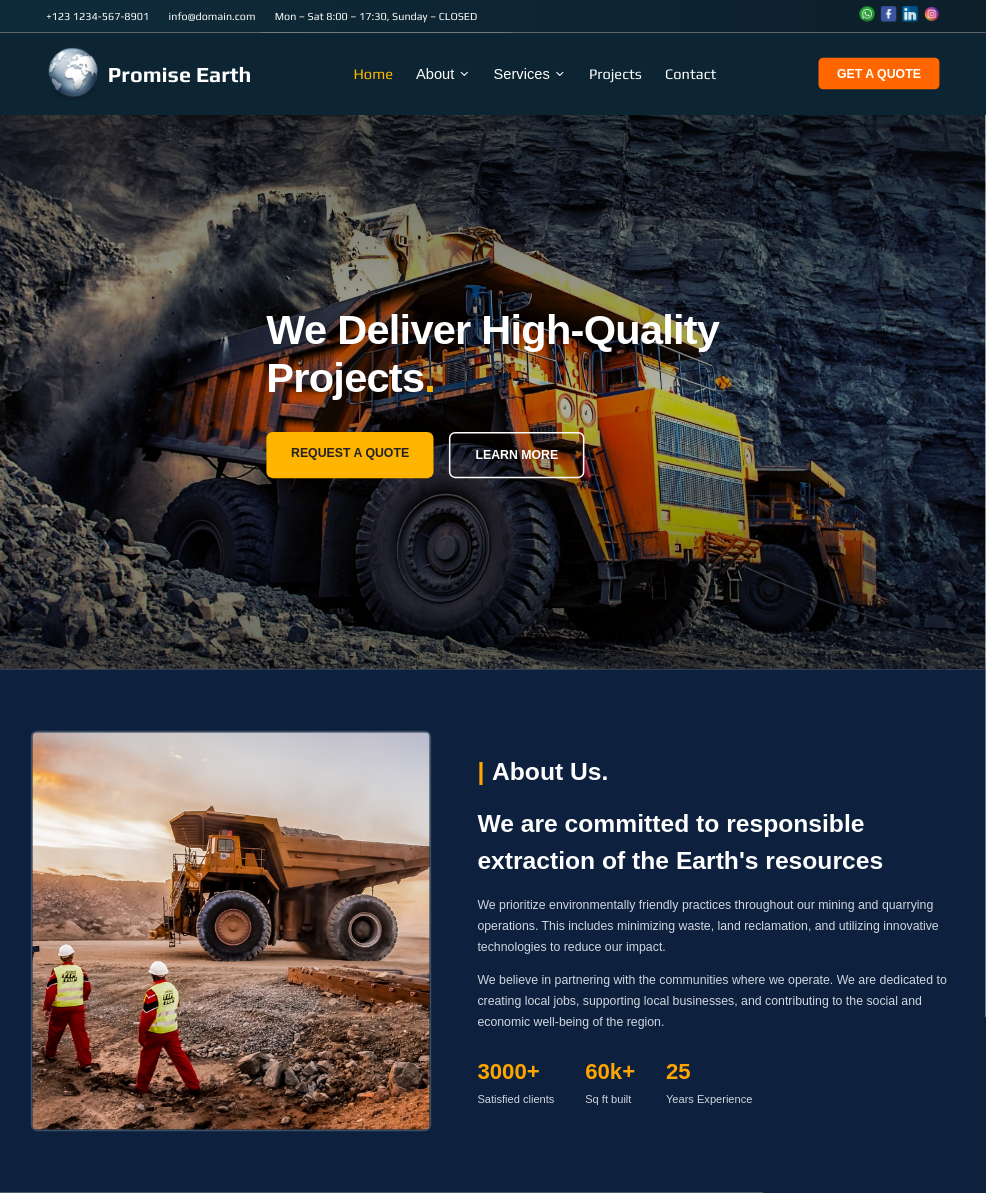
Repository: KC-Minchakpu/promise-earth
Page: /
These files come from the project's save history. The page is drawn as it stood at one moment and after the next save; the edit follows.
The browser window is 1280 px wide. The pictures show the whole page, at 77% of full size.
The project was rebuilt for these pictures with package versions that can differ from the ones it lists, and the page was loaded fresh each time. The framework's server and built-in components were replaced by stand-ins that run in the browser. Also part of the build but not shown: next.config.ts.

Above is the page before, as saved 2026-02-26 13:47:14.

### src/app/layout.tsx
import type { Metadata } from "next";
import { Play, Poppins } from "next/font/google";
import "./globals.css";
import Header from "@/components/Header/Header";

const play = Play({
  variable: "--font-play",
  subsets: ["latin"],
  weight: ["400", "700"],
});

const poppins = Poppins({
  variable: "--font-poppins",
  subsets: ["latin"],
  weight: ["300", "400", "500", "600", "700"],
});

export const metadata: Metadata = {
  title: "Create Next App",
  description: "Generated by create next app",
};

export default function RootLayout({
  children,
}: Readonly<{
  children: React.ReactNode;
}>) {
  return (
    <html lang="en">
      <body
        className={`${play.variable} ${poppins.variable} antialiased`}
      >
        <Header />
        {children}
      </body>
    </html>
  );
}

### src/app/page.tsx
import AboutUsSection from "@/components/About/AboutUsSection";
import Hero from "@/components/Hero/Hero";


export default function Home() {
  return (
   <>
    <Hero />
    <AboutUsSection />
  </>
  );
}

### src/app/globals.css
@import "tailwindcss";

:root {
  --background: #ffffff;
  --foreground: #171717;
}


@media (prefers-color-scheme: dark) {
  :root {
    --background: #0a0a0a;
    --foreground: #ededed;
  }
}

body {
  background: var(--background);
  color: var(--foreground);
  font-family: Arial, Helvetica, sans-serif;
}

### src/components/Header/Header.tsx
"use client";

import { useState, useEffect, useRef } from "react";
import { usePathname } from "next/navigation";
import Link from "next/link";
import Image from "next/image";
import styles from "./Header.module.css";
import { ChevronDown, Menu, X } from "lucide-react";

const Header = () => {
  const pathname = usePathname();

  const [mobileOpen, setMobileOpen] = useState(false);
  const [scrolled, setScrolled] = useState(false);
  const [aboutOpen, setAboutOpen] = useState(false);
  const [servicesOpen, setServicesOpen] = useState(false);

  // FIX: correct timeout type
  const aboutTimeoutRef = useRef<ReturnType<typeof setTimeout> | null>(null);
  const servicesTimeoutRef = useRef<ReturnType<typeof setTimeout> | null>(null);

  /* Sticky Scroll */
  useEffect(() => {
    const handleScroll = () => {
      setScrolled(window.scrollY > 20);
    };

    window.addEventListener("scroll", handleScroll);
    return () => window.removeEventListener("scroll", handleScroll);
  }, []);

  const isActive = (path: string) => pathname === path;

  const socials = [
    { href: "#", src: "/icons/whatsapp.png", alt: "WhatsApp", title: "WhatsApp" },
    { href: "#", src: "/icons/facebook.png", alt: "Facebook", title: "Facebook" },
    { href: "#", src: "/icons/linkedin.png", alt: "LinkedIn", title: "LinkedIn" },
    { href: "#", src: "/icons/instagram.png", alt: "Instagram", title: "Instagram" },
  ];

  return (
    <header className={`${styles.header} ${scrolled ? styles.scrolled : ""}`}>

      {/* TOP BAR */}
      <div className={styles.topBar}>
        <div className={styles.topContainer}>

          <div className={styles.topLeft}>
            <span>+123 1234-567-8901</span>
            <span>info@domain.com</span>
            <span>Mon – Sat 8:00 – 17:30, Sunday – CLOSED</span>
          </div>

          <div className={styles.topRight}>
            {socials.map((social) => (
              <a key={social.alt} href={social.href} title={social.title}>
                <Image
                  src={social.src}
                  alt={social.alt}
                  width={20}
                  height={20}
                />
              </a>
            ))}
          </div>

        </div>
      </div>


      {/* NAVBAR */}
      <div className={styles.navbar}>
        <div className={styles.navContainer}>

          {/* LOGO */}
          <Link href="/" className={styles.logo}>
            <Image
              src="/images/globe.png"
              alt="Promise Earth Logo"
              width={70}
              height={70}
              priority
            />
            <span>Promise Earth</span>
          </Link>


          {/* NAV LINKS */}
          <nav className={`${styles.navLinks} ${mobileOpen ? styles.show : ""}`}>

            <Link href="/" className={isActive("/") ? styles.active : ""}>
              Home
            </Link>


            {/* ABOUT */}
            <div
              className={styles.dropdown}
              onMouseEnter={() => {
                if (aboutTimeoutRef.current) clearTimeout(aboutTimeoutRef.current);
                setAboutOpen(true);
              }}
              onMouseLeave={() => {
                aboutTimeoutRef.current = setTimeout(() => {
                  setAboutOpen(false);
                }, 150);
              }}
            >

              <button className={styles.dropBtn}>
                About <ChevronDown size={16} />
              </button>

              <div className={`${styles.dropdownMenu} ${aboutOpen ? styles.showDropdown : ""}`}>
                <Link href="/promise-earth">Promise Earth</Link>
                <Link href="/emmanuel-benjamin">Emmanuel K. Benjamin</Link>
                <Link href="/our-team">Our Team</Link>
              </div>

            </div>


            {/* SERVICES */}
            <div
              className={styles.dropdown}
              onMouseEnter={() => {
                if (servicesTimeoutRef.current) clearTimeout(servicesTimeoutRef.current);
                setServicesOpen(true);
              }}
              onMouseLeave={() => {
                servicesTimeoutRef.current = setTimeout(() => {
                  setServicesOpen(false);
                }, 150);
              }}
            >

              <button className={styles.dropBtn}>
                Services <ChevronDown size={16} />
              </button>

              <div className={`${styles.dropdownMenu} ${servicesOpen ? styles.showDropdown : ""}`}>
                <Link href="/mining">Mining</Link>
                <Link href="/quarry">Quarry</Link>
                <Link href="/construction">Construction</Link>
                <Link href="/excavation">Excavation</Link>
                <Link href="/sandstones">Sandstones</Link>
              </div>

            </div>


            <Link href="/projects" className={isActive("/projects") ? styles.active : ""}>
              Projects
            </Link>

            <Link href="/contact" className={isActive("/contact") ? styles.active : ""}>
              Contact
            </Link>

          </nav>


          {/* CTA */}
          <div className={styles.cta}>
            <Link href="/contact">GET A QUOTE</Link>
          </div>


          {/* MOBILE TOGGLE */}
          <div
            className={styles.mobileToggle}
            onClick={() => setMobileOpen(!mobileOpen)}
          >
            {mobileOpen ? <X size={24} /> : <Menu size={24} />}
          </div>


        </div>
      </div>

    </header>
  );
};

export default Header;

### src/components/About/AboutUsSection.tsx
// components/AboutUsSection.tsx
"use client";

import Image from "next/image";
import styles from "./AboutUsSection.module.css";

const AboutUsSection = () => {
  return (
    <section className={styles.aboutSection}>
      <div className={styles.container}>
        {/* Left Image */}
        <div className={styles.imageWrapper}>
          <Image
            src="/images/about-1.png"
            alt="Earth Moving Vehicle"
            width={400}
            height={400}
            className={styles.image}
          />
        </div>

        {/* Right Content */}
        <div className={styles.content}>
          <h2 className={styles.heading}>
            <span className={styles.highlight}>|</span> About Us.
          </h2>
          <h2 className={styles.heading}>
            We are committed to responsible extraction of the Earth&apos;s resources
          </h2>
          <p className={styles.description}>
            We prioritize environmentally friendly practices throughout our mining and quarrying operations. This includes minimizing waste, land reclamation, and utilizing innovative technologies to reduce our impact.
          </p>
          <p className={styles.description}>
            We believe in partnering with the communities where we operate. We are dedicated to creating local jobs, supporting local businesses, and contributing to the social and economic well-being of the region.
          </p>

          {/* Stats */}
          <div className={styles.stats}>
            <div className={styles.statItem}>
              <span className={styles.statNumber}>3000+</span>
              <span className={styles.statLabel}>Satisfied clients</span>
            </div>
            <div className={styles.statItem}>
              <span className={styles.statNumber}>60k+</span>
              <span className={styles.statLabel}>Sq ft built</span>
            </div>
            <div className={styles.statItem}>
              <span className={styles.statNumber}>25</span>
              <span className={styles.statLabel}>Years Experience</span>
            </div>
          </div>
        </div>
      </div>
    </section>
  );
};

export default AboutUsSection;

### src/components/Hero/Hero.tsx
"use client";

import Image from "next/image";
import Link from "next/link";
import styles from "./Hero.module.css";

const Hero = () => {
  return (
    <section className={styles.hero}>
      {/* Background Image */}
      <Image
        src="/images/hero.jpg"
        alt="Earth moving Vehicle"
        fill
        priority
        className={styles.backgroundImage}
      />

      {/* Overlay */}
      <div className={styles.overlay}></div>

      {/* Content */}
      <div className={styles.content}>
        <h1 className={styles.heading}>
          We Deliver High-Quality
          <br />
           Projects<span className={styles.highlight}>.</span>
        </h1>

        <div className={styles.buttons}>
          <Link href="/contact" className={styles.primaryBtn}>
            REQUEST A QUOTE
          </Link>

          <Link href="/about" className={styles.secondaryBtn}>
            LEARN MORE
          </Link>
        </div>
      </div>
    </section>
  );
};

export default Hero;

### src/components/Header/Header.module.css
.header {
  position: sticky;
  top: 0;
  z-index: 9999;
  transition: all 0.3s ease;
}

.scrolled {
  box-shadow: 0 6px 20px rgba(0, 0, 0, 0.15);
}

.topBar {
  background: linear-gradient(to right, #0f2b3a, #0c1f2a);
  color: #ffffff;
  font-size: 14px;
  font-family: "Play", sans-serif;
  border-bottom: 1px solid #888888;
}

.topContainer {
  max-width: 1200px;
  margin: auto;
  padding: 8px 20px;
  display: flex;
  justify-content: space-between;
  align-items: center;
}

.topLeft span {
  margin-right: 25px;
}

.topRight a {
  margin-left: 8px;
  display: inline-block;
}

/* NAVBAR */
.navbar {
  background: #0d2533;
  color: white;
}

.navContainer {
  max-width: 1200px;
  margin: auto;
  padding: 18px 20px;
  display: flex;
  align-items: center;
  justify-content: space-between;
}

/* LOGO */
.logo {
  display: flex;
  align-items: center;
  gap: 10px;
  font-size: 28px;
  font-weight: bold;
  font-family: "Play", sans-serif;
  text-decoration: none;
  color: white;
}

/* NAV LINKS */
.navLinks {
  display: flex;
  align-items: center;
  gap: 30px;
}

.navLinks a {
  color: white;
  text-decoration: none;
  font-size: 19px;
  font-weight: 500;
  transition: color 0.3s ease;
  font-family: "Play", sans-serif;
}

.navLinks a:hover {
  color: #ffae00;
}

.active {
  color: #ffbb00 !important;
}

/* DROPDOWN  */
.dropdown {
  position: relative;
}

.dropBtn {
  background: none;
  border: none;
  color: white;
  font-weight: 500;
  font-size: 19px;
  display: flex;
  align-items: center;
  gap: 5px;
  cursor: pointer;
  transition: color 0.3s ease;
}

.dropBtn:hover {
  color: #ffc400;
}

.dropdownMenu {
  position: absolute;
  top: 100%;
  left: 0;
  margin-top: 0;
  background: #111111;
  min-width: 250px;
  border-radius: 6px;
  box-shadow: 0 10px 25px rgba(0, 0, 0, 0.15);
  opacity: 0;
  transform: translateY(10px);
  pointer-events: none;
  transition: all 0.25s ease;
}

.showDropdown {
  opacity: 1;
  transform: translateY(0);
  pointer-events: auto;
}

.dropdownMenu a {
  display: block;
  padding: 12px 18px;
  color: #ffffff;
  text-decoration: none;
  transition: background 0.3s ease;
}

.dropdownMenu a:hover {
   color: #ffc400;
}

/* CTA  */
.cta a {
  background: #ff6600;
  padding: 12px 24px;
  border-radius: 6px;
  color: white;
  text-decoration: none;
  font-weight: bold;
  transition: all 0.3s ease;
}

.cta a:hover {
  background: #e65c00;
  transform: translateY(-2px);
}

/*  MOBILE  */
.mobileToggle {
  display: none;
  cursor: pointer;
}

@media (max-width: 992px) {
  .navLinks {
    position: absolute;
    top: 80px;
    left: 0;
    width: 100%;
    background: #0d2533;
    flex-direction: column;
    padding: 20px;
    display: none;
  }

  .show {
    display: flex;
  }

  .cta {
    display: none;
  }

  .mobileToggle {
    display: block;
  }

  .dropdownMenu {
    position: relative;
    top: 0;
    box-shadow: none;
    opacity: 1;
    transform: none;
    pointer-events: auto;
    background: #112f40;
  }

  .dropdownMenu a {
    color: white;
  }
}

### src/components/About/AboutUsSection.module.css
/* components/AboutUsSection.module.css */

.aboutSection {
  background-color: #0d203d;
  padding: 80px 20px;
  color: #ffffff;
}

.container {
  display: flex;
  align-items: center;
  justify-content: center;
  gap: 60px;
  max-width: 1200px;
  margin: 0 auto;
  flex-wrap: wrap;
}

.imageWrapper {
  flex: 1 1 400px;
}

.image {
  border: 2px solid #3b4f63;
  border-radius: 8px;
  width: 100%;
  height: auto;
  object-fit: cover;
}

.content {
  flex: 1 1 500px;
}

.heading {
  font-size: 2rem;
  font-weight: 700;
  margin-bottom: 20px;
  display: flex;
  align-items: center;
}

.highlight {
  color: #ffa500;
  margin-right: 10px;
}

.description {
  font-size: 1rem;
  line-height: 1.7;
  margin-bottom: 15px;
  color: #cfd8e0;
}

.stats {
  display: flex;
  gap: 40px;
  margin-top: 30px;
  flex-wrap: wrap;
}

.statItem {
  display: flex;
  flex-direction: column;
  align-items: flex-start;
}

.statNumber {
  font-size: 1.8rem;
  font-weight: 700;
  color: #ffa500;
}

.statLabel {
  font-size: 0.9rem;
  color: #cfd8e0;
  margin-top: 5px;
}

### src/components/Hero/Hero.module.css
.hero {
  position: relative;
  width: 100%;
  height: 100vh;
  min-height: 650px;
  display: flex;
  align-items: center;
  overflow: hidden;
}

/* Background Image */
.backgroundImage {
  object-fit: cover;
  z-index: 1;
}

/* Blue Gradient Overlay */
.overlay {
  position: absolute;
  inset: 0;
  background: linear-gradient(
    180deg,
    rgba(0, 0, 0, 0.6) 0%,
    rgba(0, 0, 0, 0.3) 50%,
    rgba(0, 0, 0, 0.6) 100%
  );
  z-index: 2;
}

/* Content */
.content {
  position: relative;
  z-index: 3;
  max-width: 1200px;
  margin: 0 auto;
  padding: 0 40px;
  color: white;
}

/* Heading */
.heading {
  font-size: 54px;
  font-weight: 800;
  line-height: 1.15;
  letter-spacing: -1px;
  margin-bottom: 40px;
  max-width: 700px;
}

.highlight {
  color: #ffb400;
}

/* Buttons */
.buttons {
  display: flex;
  gap: 20px;
}

.primaryBtn {
  background: #ffb400;
  color: #222222;
  padding: 16px 32px;
  border-radius: 8px;
  font-weight: 700;
  text-decoration: none;
  transition: all 0.3s ease;
}

.primaryBtn:hover {
  background: #e6a200;
  transform: translateY(-3px);
}

.secondaryBtn {
  border: 2px solid #ffffff;
  color: #ffffff;
  padding: 16px 32px;
  border-radius: 8px;
  font-weight: 600;
  text-decoration: none;
  transition: all 0.3s ease;
}

.secondaryBtn:hover {
  background: rgba(255, 255, 255, 0.1);
  transform: translateY(-3px);
}

/* Responsive */

@media (max-width: 1024px) {
  .heading {
    font-size: 48px;
  }
}

@media (max-width: 768px) {
  .hero {
    height: 85vh;
  }

  .heading {
    font-size: 36px;
  }

  .buttons {
    flex-direction: column;
    gap: 15px;
  }

  .primaryBtn,
  .secondaryBtn {
    width: fit-content;
  }
}

After the next save:
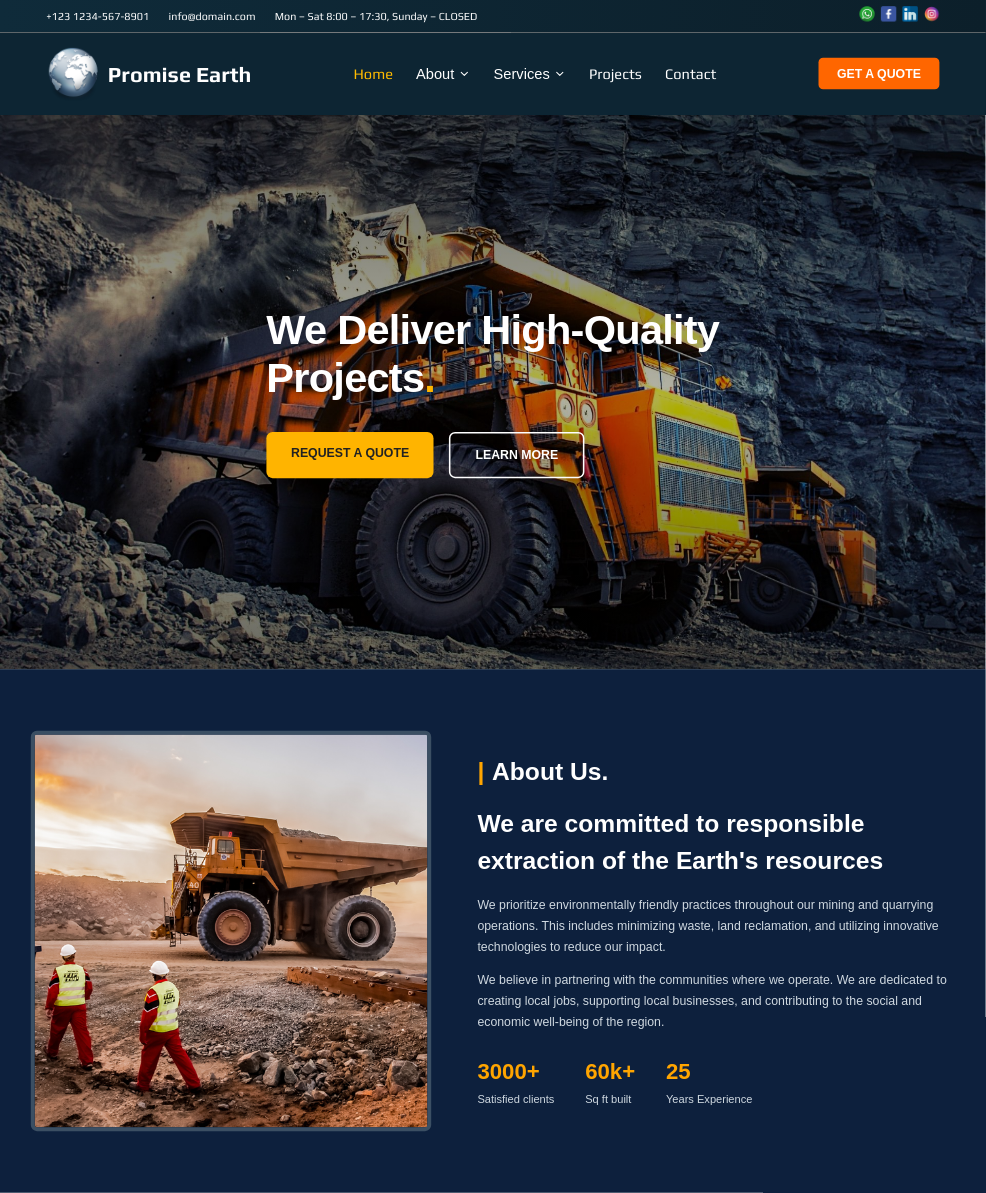
Saved 11 s later.
--- a/src/components/About/AboutUsSection.module.css
+++ b/src/components/About/AboutUsSection.module.css
@@ -21,7 +21,7 @@
 }
 
 .image {
-  border: 2px solid #3b4f63;
+  border: 5px solid #3b4f63;
   border-radius: 8px;
   width: 100%;
   height: auto;
